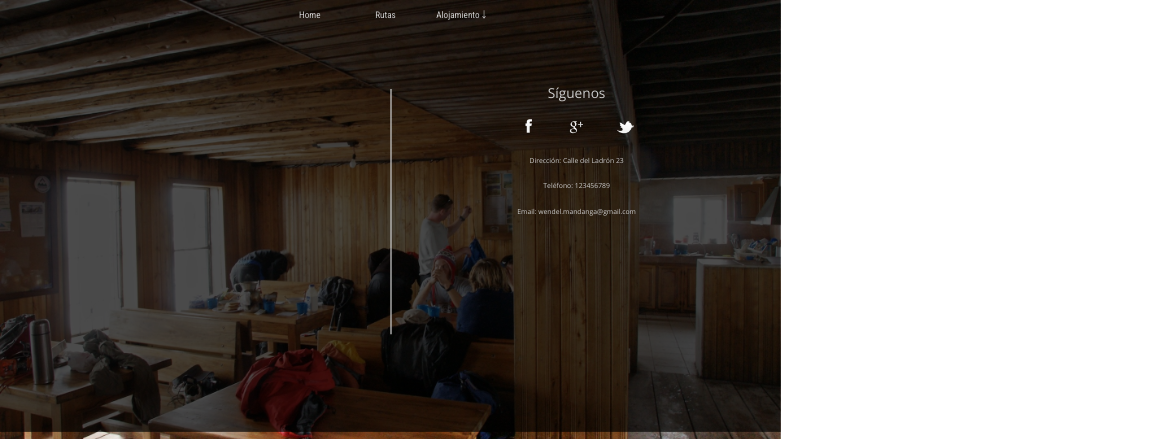
Repository: Croqueta-OPS/proyecto-pyrenees
Page: alojamiento.html
The author's editor kept a record of every edit. The page is drawn from the files as they stood at one moment, then again after the next edit.
The browser window is 1280 px wide. The page is 1280 px wide, then 1920 px, then 1280 px, so the pictures cover 1920 px, including what lies to the right of the window. The pictures show the whole page, at 61% of full size.

Above is the page before.

After the next edit:
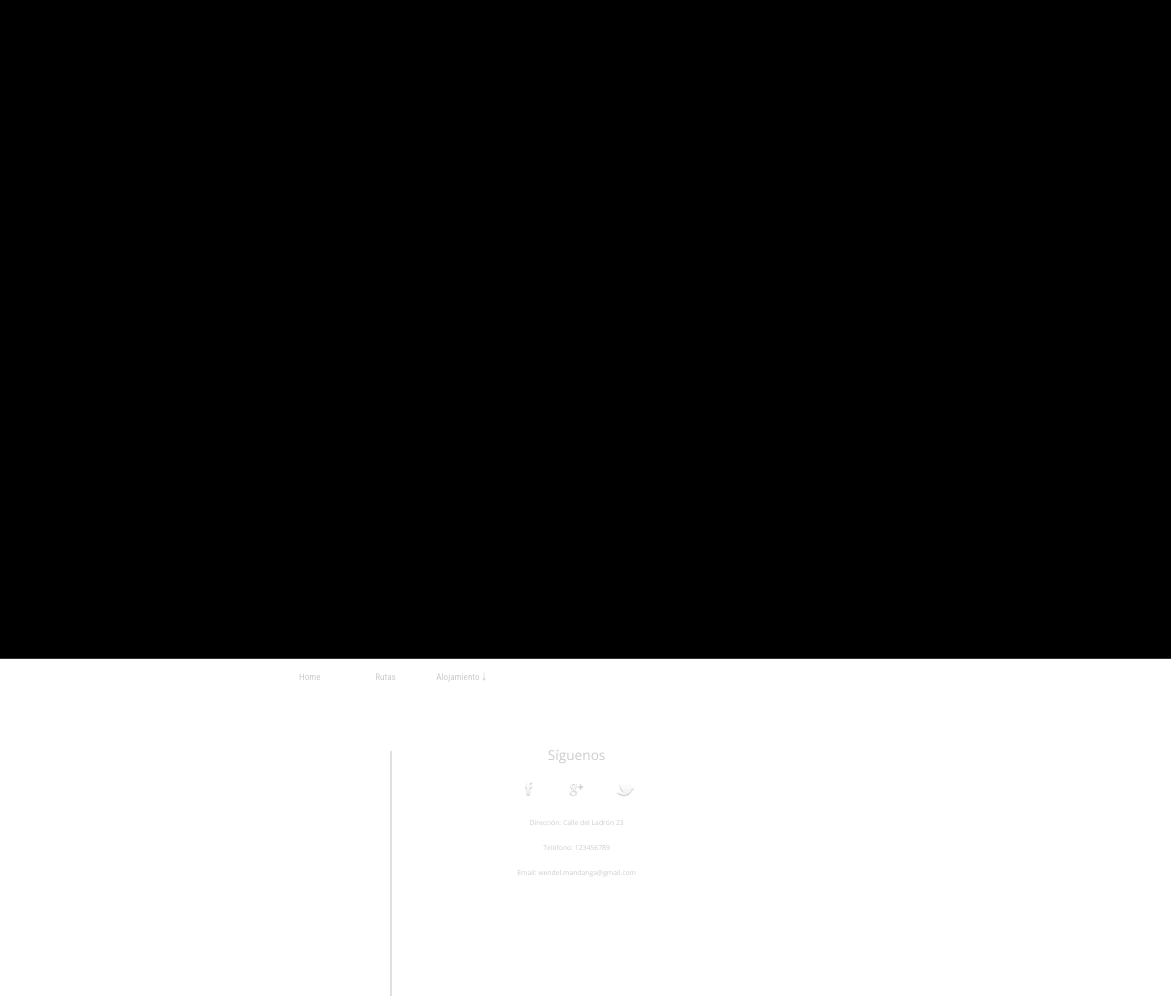
The edit:
--- a/css/refugio.css
+++ b/css/refugio.css
@@ -51,13 +51,6 @@
     margin-left: -1.8%;
 }
 
-.fondoNegro {
-    position: absolute;
-    -webkit-filter: opacity(0.7);
-    width: 100%;
-    height: 100%;
-}
-
 .container {
     position: relative;
     width: 90%;

After the edit that followed:
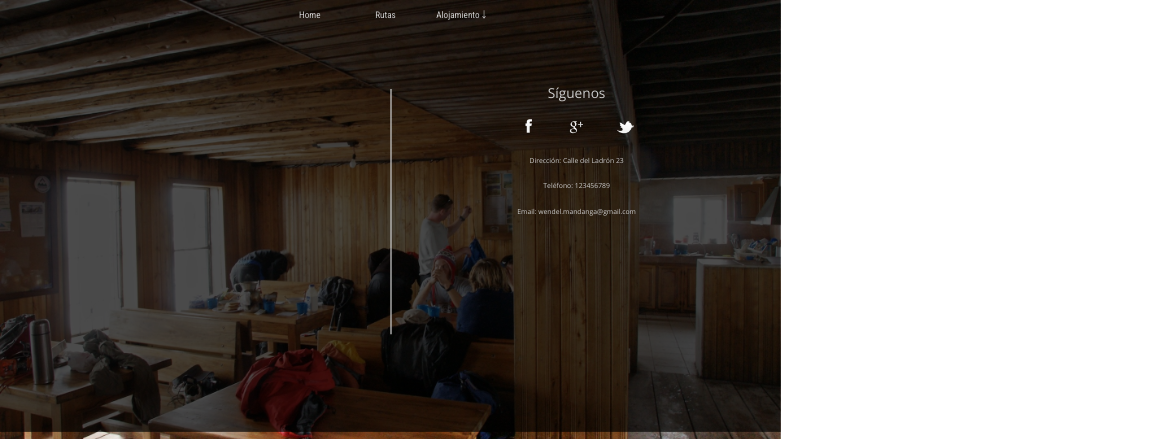
The edit:
--- a/css/refugio.css
+++ b/css/refugio.css
@@ -18,6 +18,17 @@
 .navegador {
     margin-top: -1%;
     margin-left: -0.7%;
+}
+
+/********/
+/* Body */
+/********/
+
+.fondoNegro {
+    position: absolute;
+    -webkit-filter: opacity(0.7);
+    width: 100%;
+    height: 100%;
 }
 
 #menu {
